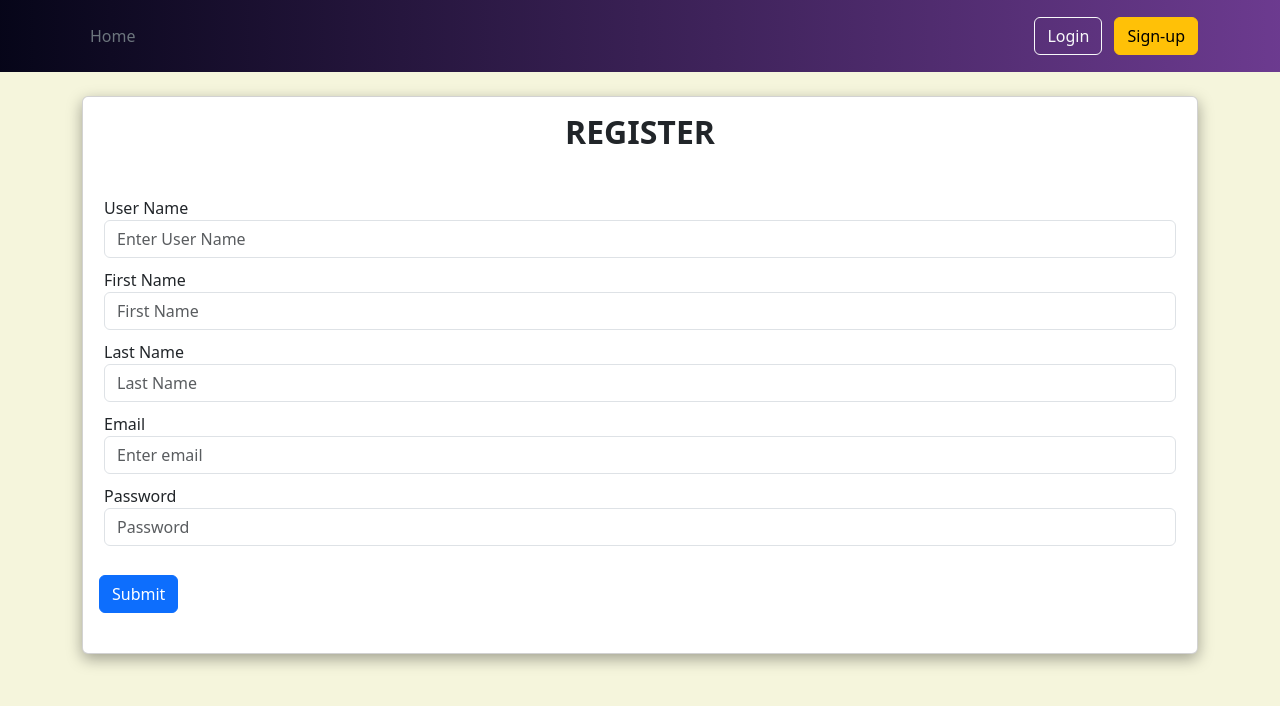
Repository: professorsourabh/php_membership
Page: index.html
An editor plug-in stored every save of this project. The page is shown before and after the next save, followed by the edit.
The browser window is 1280 px wide. The pictures show the whole page.

Above is the page before, as saved 2023-07-08 17:31:00.

After the next save:
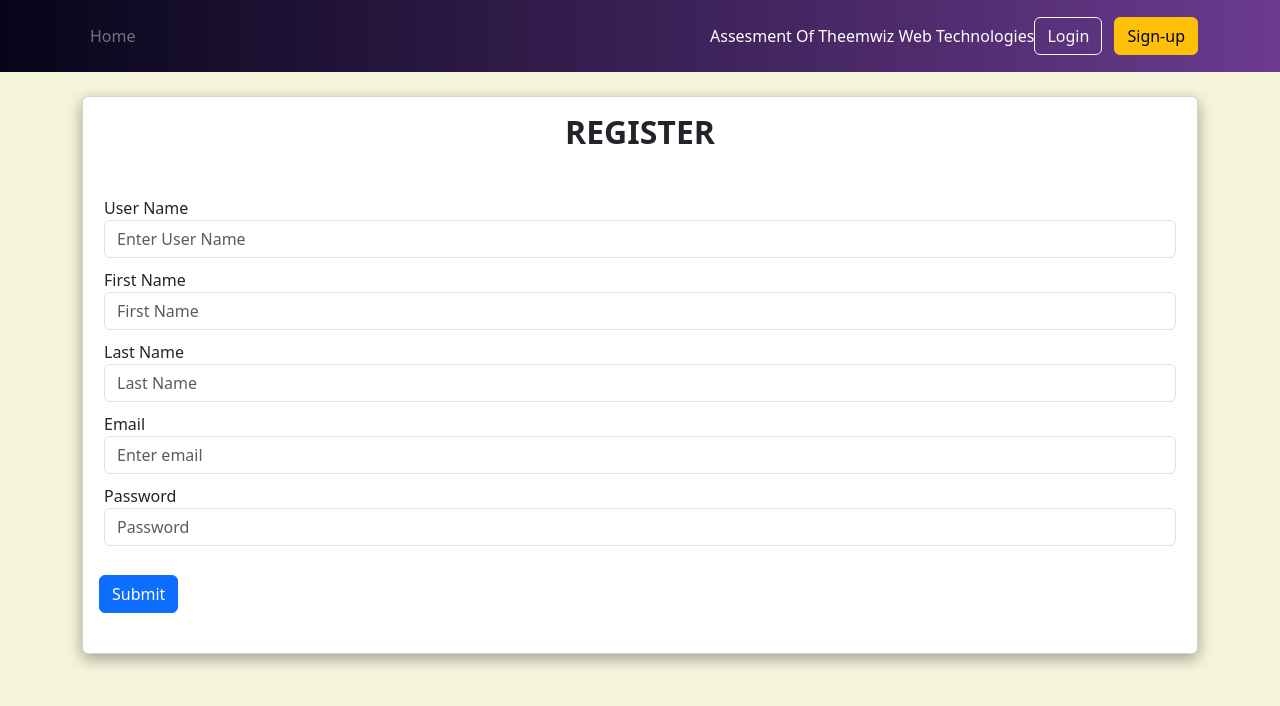
Saved 6 s later.
--- a/index.html
+++ b/index.html
@@ -16,6 +16,9 @@
               <li><a href="#" class="nav-link px-2 text-secondary">Home</a></li>
 
             </ul>
+            <div class="text-center">
+                Assesment Of Theemwiz Web Technologies
+            </div>
 
 
 

After the 2 saves that followed:
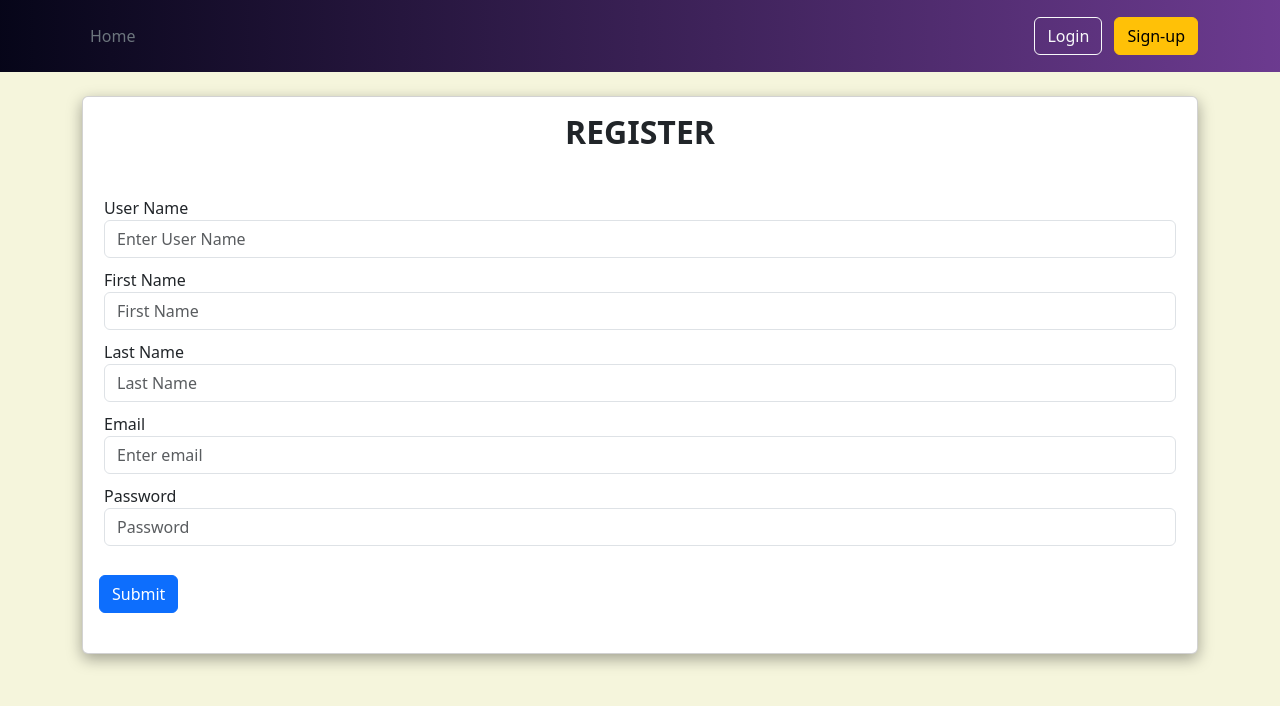
The 2 saves are shown as one change because 1 left the picture as it was.
The last was saved 57 s later.
--- a/index.html
+++ b/index.html
@@ -16,9 +16,7 @@
               <li><a href="#" class="nav-link px-2 text-secondary">Home</a></li>
 
             </ul>
-            <div class="text-center">
-                Assesment Of Theemwiz Web Technologies
-            </div>
+
 
 
 
--- a/index.css
+++ b/index.css
@@ -16,6 +16,9 @@ header{
     padding: 50px;
 
 }
+.text-cente{
+    text-align: center;
+}
 div.form-group{
     padding: 5px;
 }
